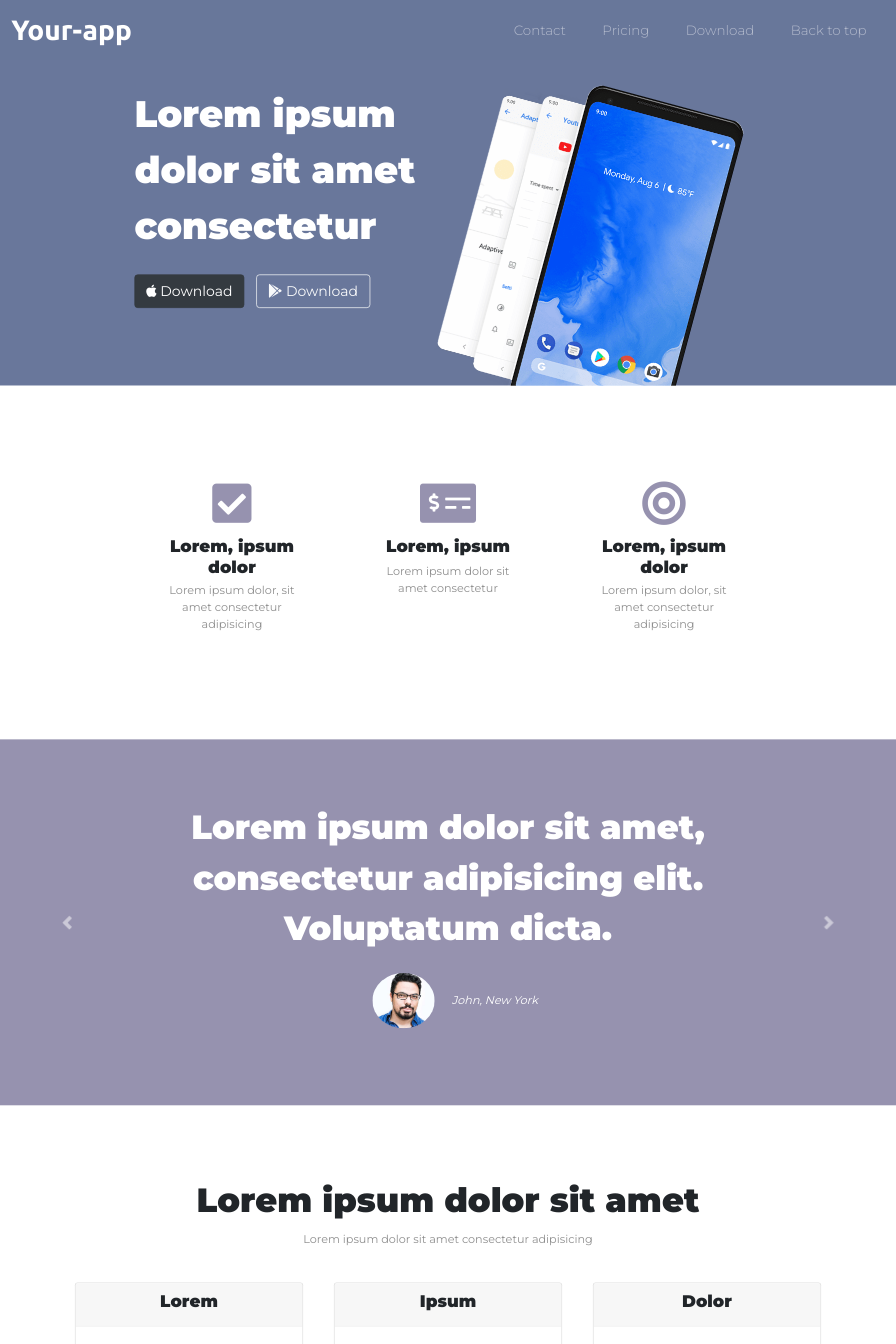
Repository: Isanderr/Simple_landing_page_2-Bootstrap4
Page: index.html
These files come from the project's save history. The page is drawn as it stood at one moment and after the next save; the edit follows.
The browser window is 1280 px wide. The pictures show the part of the page from y = 0 to 1920 px (the page is 3125 px tall before and 3211 px after), at 70% of full size.
Some web libraries are served in a nearby version.

Above is the page before, as saved 2019-02-03 20:34:58.

After the next save:
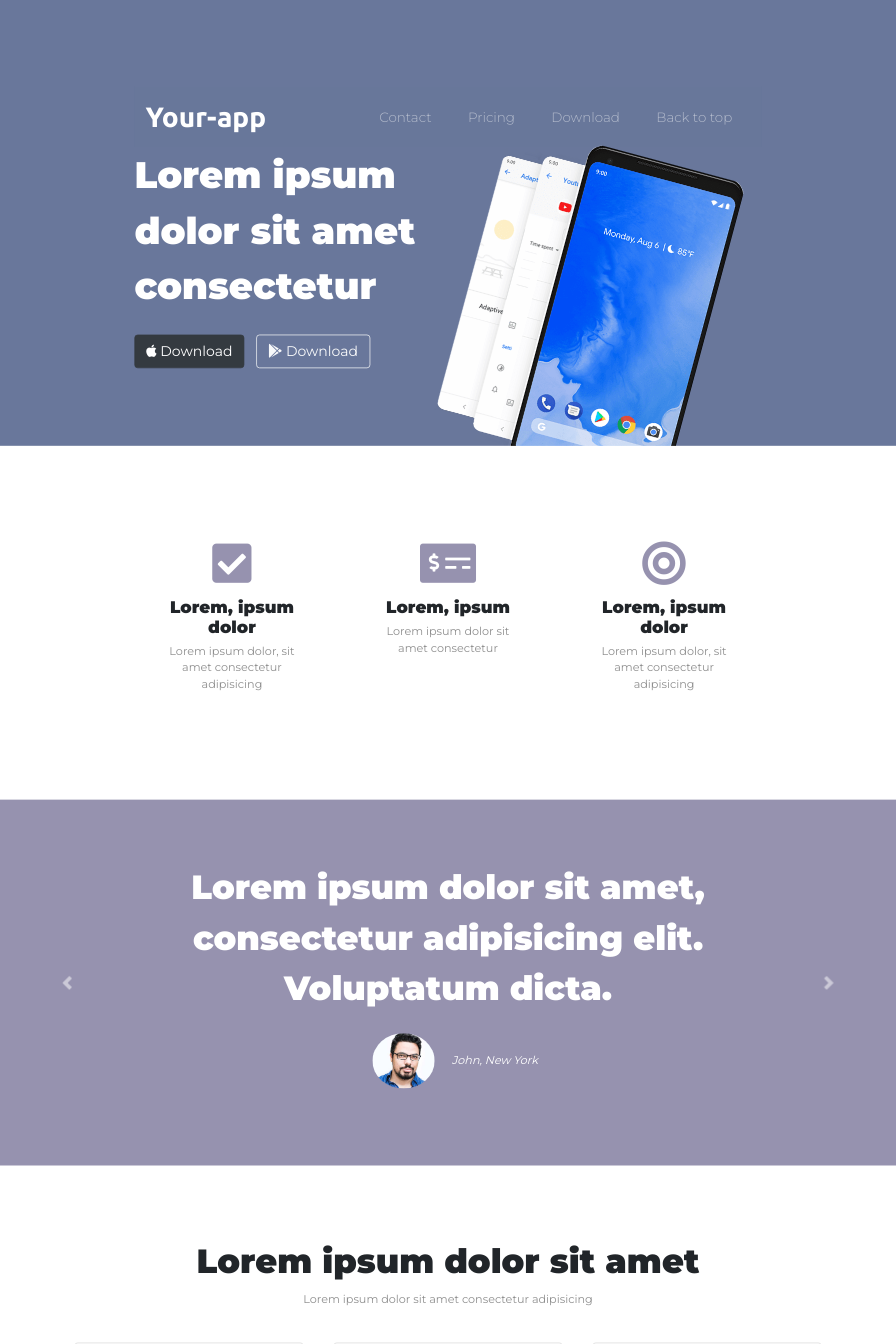
Saved 35 min 3 s later.
--- a/index.html
+++ b/index.html
@@ -17,7 +17,7 @@
     <section id="title">
       <div class="container-fluid">
         <!-- Nav Bar -->
-        <nav class="navbar navbar-expand-lg navbar-dark fixed-top ">
+        <nav class="navbar navbar-expand-lg navbar-dark  ">
           <a class="navbar-brand" href="">Your-app</a>
           <button class="navbar-toggler" type="button" data-toggle="collapse" data-target="#navbarTogglerDemo02">
             <span class="navbar-toggler-icon"></span>

After the save that followed:
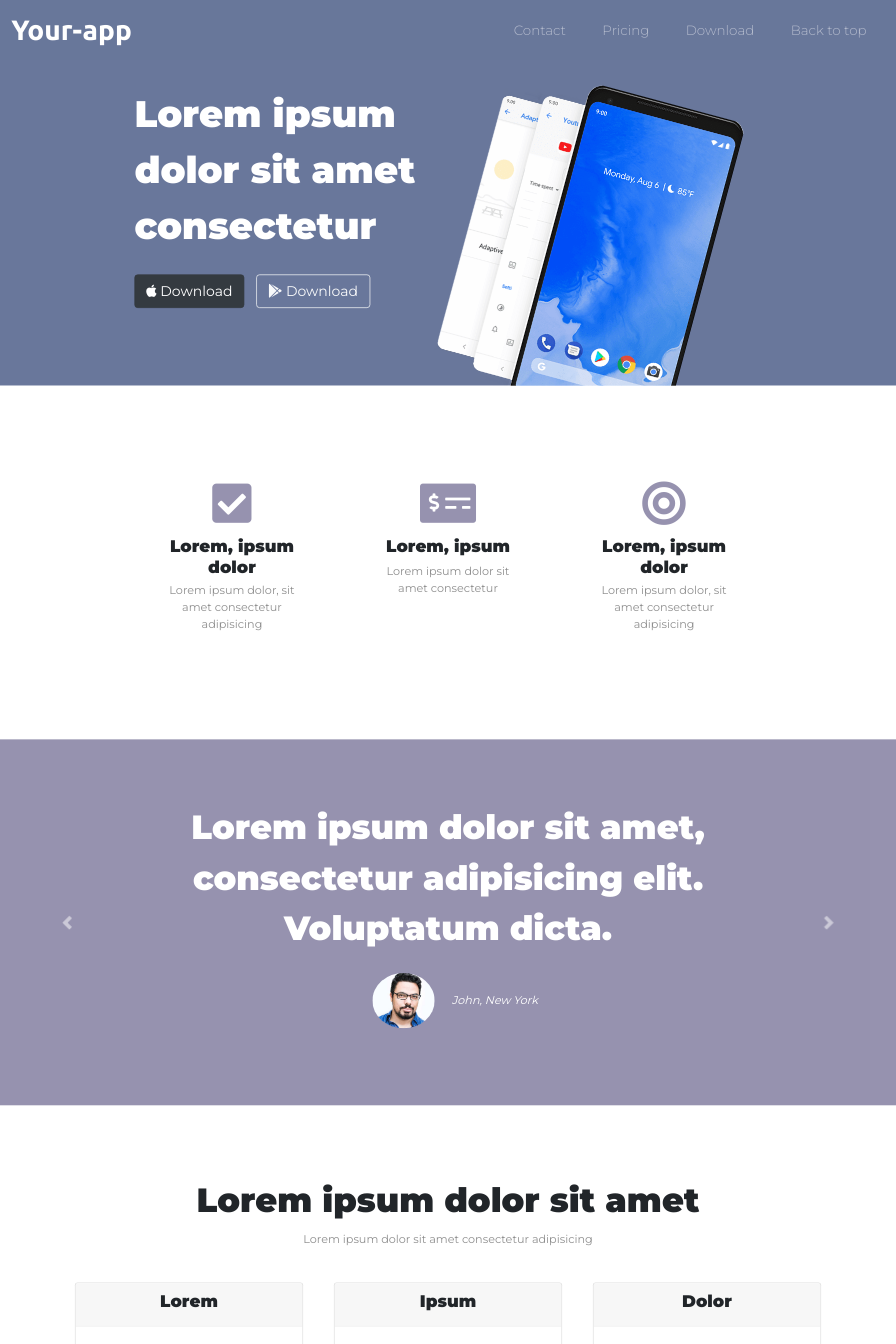
Saved 2 min 28 s later.
--- a/index.html
+++ b/index.html
@@ -17,7 +17,7 @@
     <section id="title">
       <div class="container-fluid">
         <!-- Nav Bar -->
-        <nav class="navbar navbar-expand-lg navbar-dark  ">
+        <nav class="navbar navbar-expand-lg navbar-dark fixed-top ">
           <a class="navbar-brand" href="">Your-app</a>
           <button class="navbar-toggler" type="button" data-toggle="collapse" data-target="#navbarTogglerDemo02">
             <span class="navbar-toggler-icon"></span>
